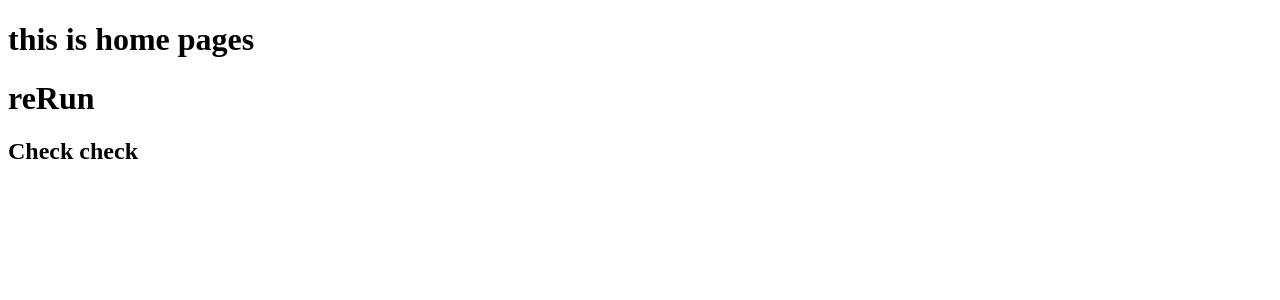
Repository: Dineshmarasini/springBoot-self-Exploration
Page: http://localhost/demo/views/home.jsp
An editor plug-in stored every save of this project. The page is shown before and after the next save, followed by the edit.
The browser window is 1280 px wide. The pictures show the whole page.
The page is served by Tomcat 9. Other server files are loaded and not shown.

Above is the page before, as saved 2023-09-15 12:22:18.

### demo/src/main/webapp/views/home.jsp
<%@ page language="java" contentType="text/html; charset=UTF-8"
    pageEncoding="UTF-8"%>
<!DOCTYPE html>
<html>
<head>
<meta charset="UTF-8">
<title>Home page</title>
</head>
<body>
<h1>this is home pages </h1>
<h1>reRun</h1>
<h2>Check check</h2>

</body>
</html>

After the next save:
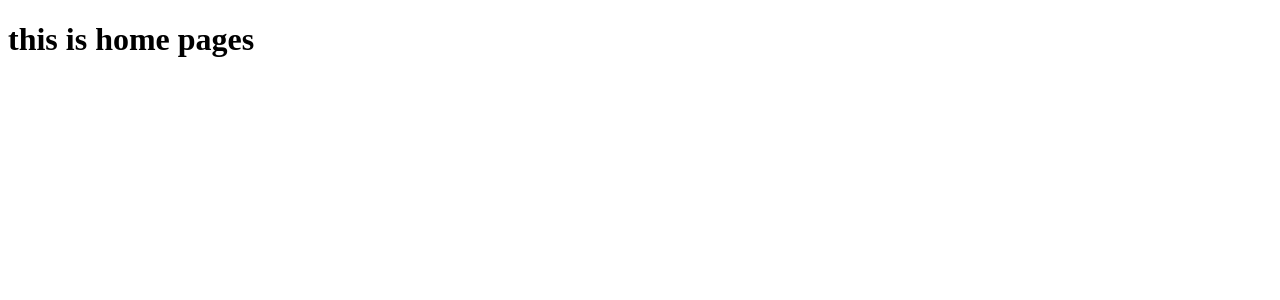
Saved 19 s later.
--- a/demo/src/main/webapp/views/home.jsp
+++ b/demo/src/main/webapp/views/home.jsp
@@ -8,8 +8,7 @@
 </head>
 <body>
 <h1>this is home pages </h1>
-<h1>reRun</h1>
-<h2>Check check</h2>
+
 
 </body>
 </html>
